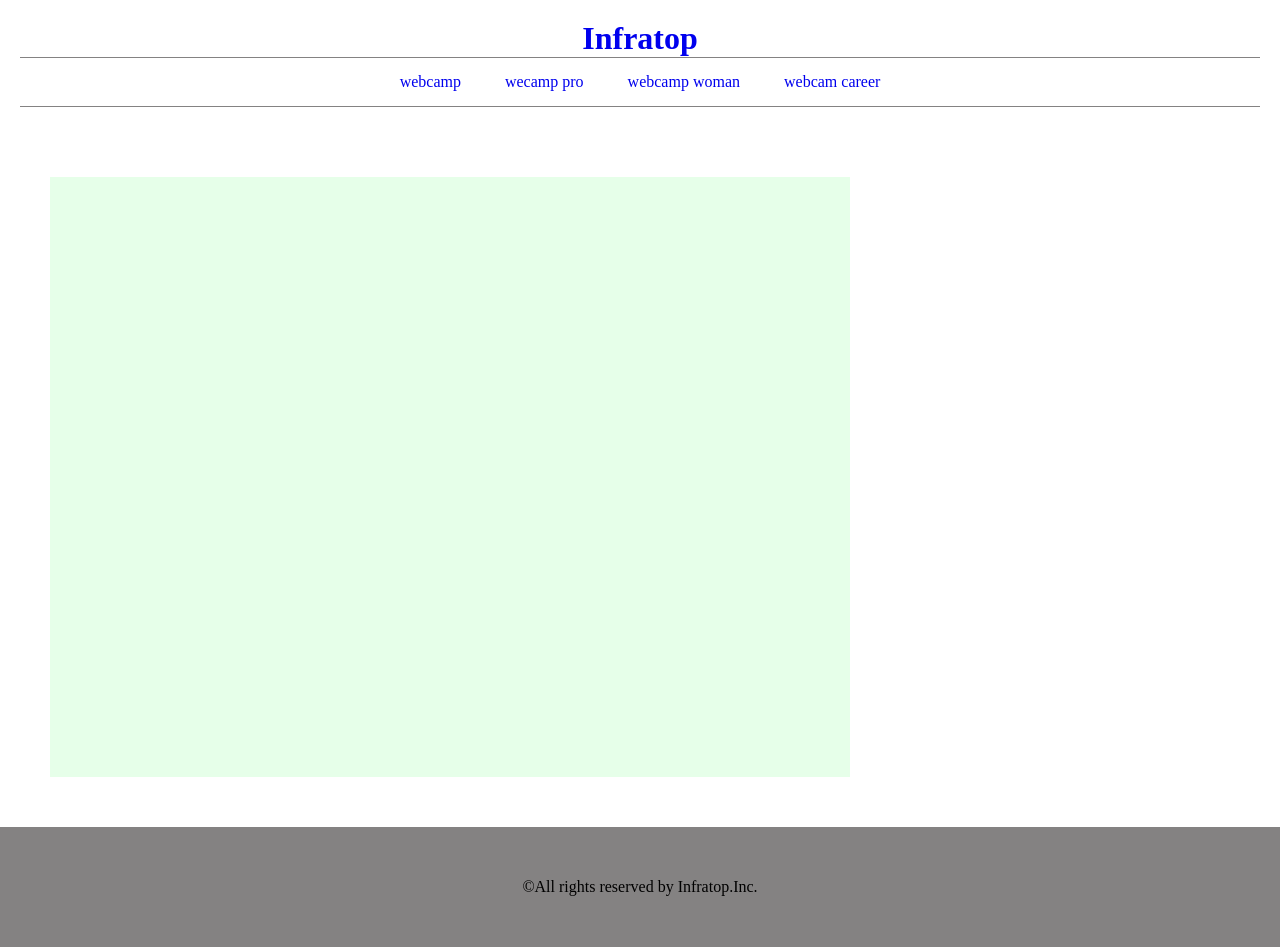
Repository: ego-boosting/assightment_1
Page: infratop/index.html
The author's editor kept a record of every edit. The page is drawn from the files as they stood at one moment, then again after the next edit.
The browser window is 1280 px wide. The pictures show the whole page.

Above is the page before.

### infratop/index.html
<!DOCTYPE html>
<html lang="ja">
  <head>
    <meta charset="UTF-8" />
    <!-- CSSファイルの読み込み -->
    <link rel="stylesheet" href="style.css" />
    <title>Infratop</title>
  </head>

<body>
  <header>
    <h1 class="heading">
      <a href="index.html">Infratop</a>
    </h1>
    <nav>
      <ul class="nav-list" >
        <li class="nav-list-item">
          <a href="index.html">webcamp</a>
        </li>

        <li class="nav-list-item">
          <a href="index.html">wecamp pro</a>
        </li>

        <li class="nav-list-item">
          <a href="index.html">webcamp woman</a>
        </li>

        <li class="nav-list-item">
          <a href="index.html">webcam career</a>
        </li>
      </ul>
    </nav>
  </header>

  <div class="main">
    <div class="box1"></div>
    <div class="box2"></div>
    <div class="box3"></div>
    <div class="box4"></div>
    <div class="box5"></div>
    <div class="box6"></div>
    <div class="box7"></div>
    <div class="box8"></div>
    <div class="box9"></div>
    <div class="box10"></div>
    <div class="box11"></div>
    <div class="box12"></div>
  </div>

  <footer>
    <p class="footer-text">©All rights reserved by Infratop.Inc.</p>
  </footer>




</body>
</html>

### infratop/style.css
*{
  margin: 0;
  padding: 0;
  box-sizing:border-box;
}

a{
  text-decoration: none;
}

header{
  width: 100%;
  padding: 20px;
  margin: auto;
  text-align: center;
}

.heading{
  font-size: 32px;
}


.nav-list{
  /*下記*/
  text-align: center;
  padding: 15px 0;
  margin: 0 auto;
  border-bottom: 1px solid #848282;
  border-top: 1px solid #848282;
}

.nav-list-item{
  list-style: none;
  display: inline-block;
  margin: 0 20px;
}

.main{
  width: 800px;
  margin: 50px;
  display: flex;
  flex-wrap: wrap;
}

.box1{
  width: 200px;
  height: 200px;
  background-color: #e6ffe9;
}

.box2{
  width: 200px;
  height: 200px;
  background-color: #e6ffe9;
}

.box3{
  width: 200px;
  height: 200px;
  background-color: #e6ffe9;
}

.box4{
  width: 200px;
  height: 200px;
  background-color: #e6ffe9;
}

.box5{
  width: 200px;
  height: 200px;
  background-color: #e6ffe9;
}

.box6{
  width: 200px;
  height: 200px;
  background-color: #e6ffe9;
}

.box7{
  width: 200px;
  height: 200px;
  background-color: #e6ffe9;
}

.box8{
  width: 200px;
  height: 200px;
  background-color: #e6ffe9;
}

.box9{
  width: 200px;
  height: 200px;
  background-color: #e6ffe9;
}

.box10{
  width: 200px;
  height: 200px;
  background-color: #e6ffe9;
}

.box11{
  width: 200px;
  height: 200px;
  background-color: #e6ffe9;
}

.box12{
  width: 200px;
  height: 200px;
  background-color: #e6ffe9;
}

footer{
  width: 100%;
  height: 120px;
  text-align: center;
  line-height: 120px;
  background-color: #848282;
}

After the next edit:
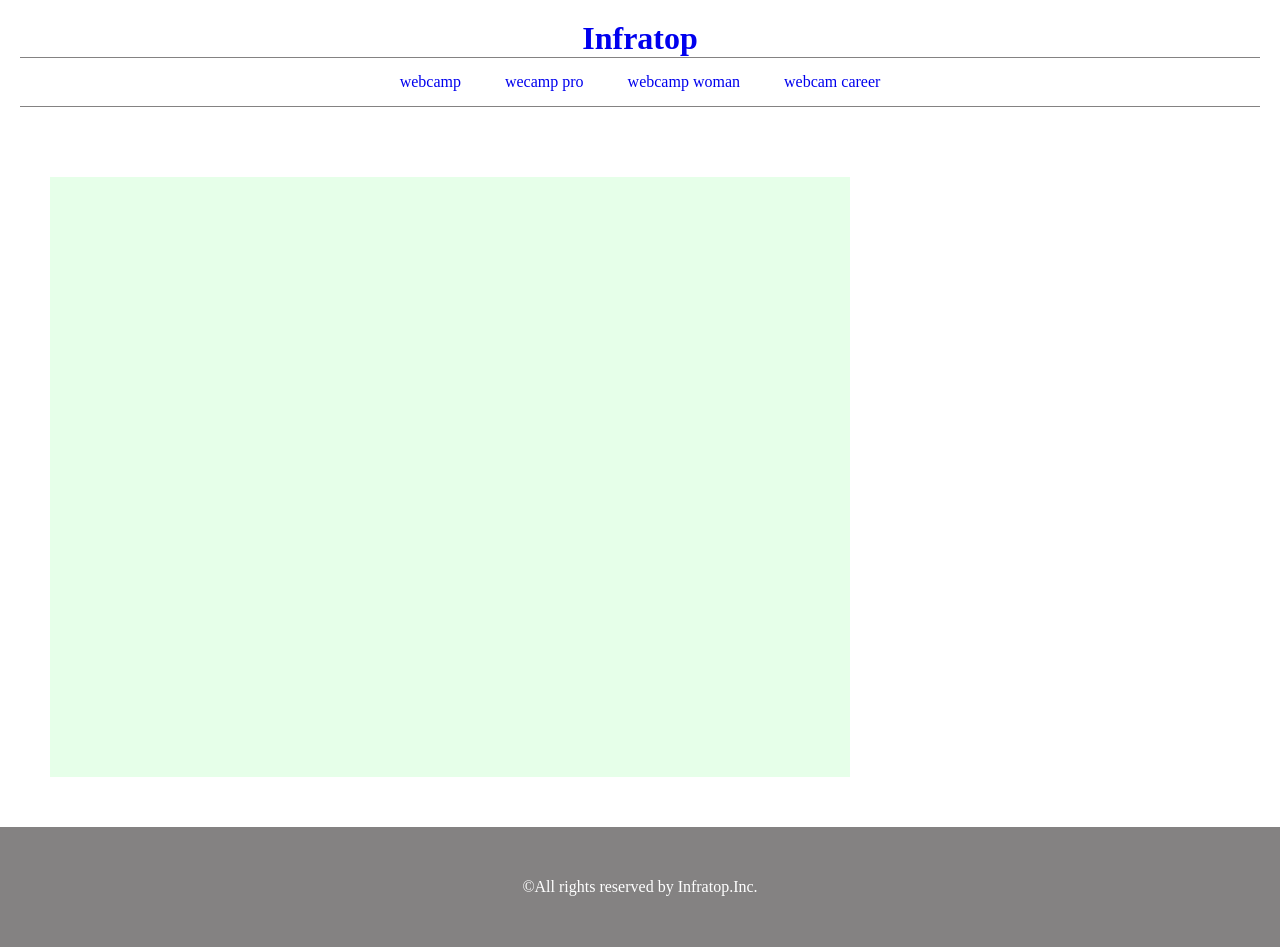
The edit:
--- a/infratop/style.css
+++ b/infratop/style.css
@@ -121,3 +121,7 @@
   line-height: 120px;
   background-color: #848282;
 }
+
+.footer-text{
+  color: #fff;
+}
